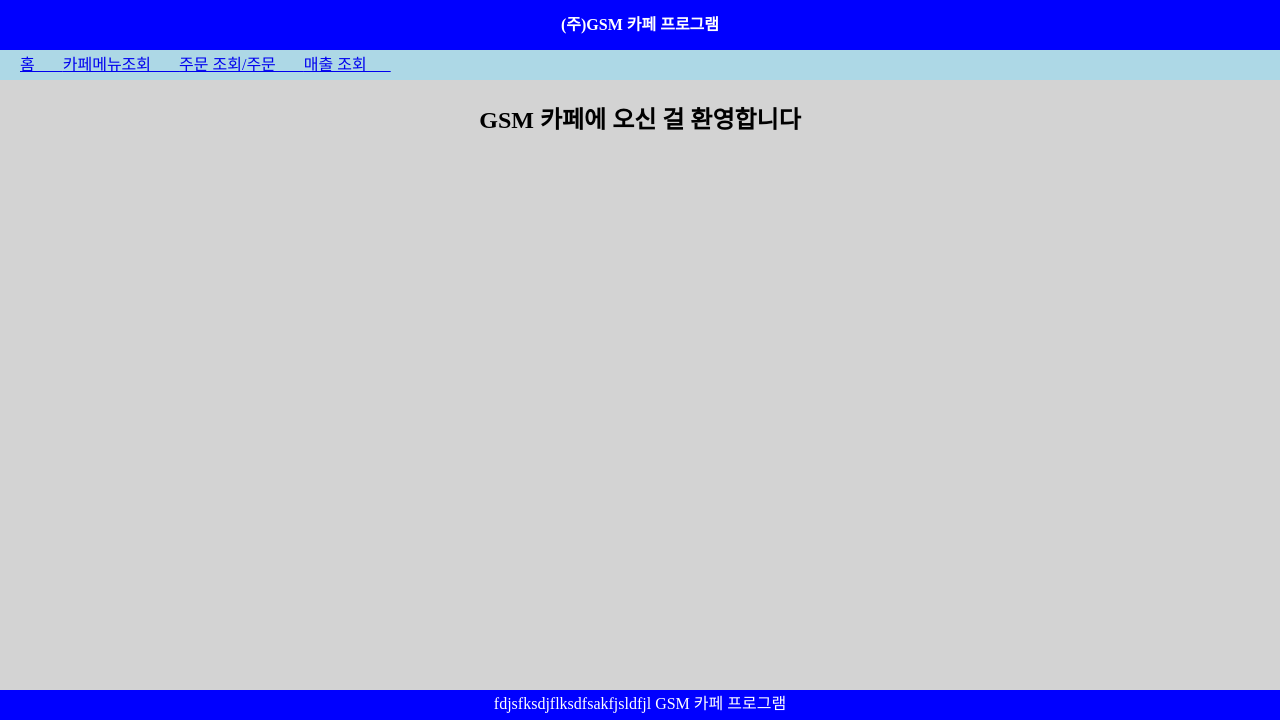
Repository: jiye-stingray/JSP
Page: http://localhost/Cafe/menulist.jsp
An editor plug-in stored every save of this project. The page is shown before and after the next save, followed by the edit.
The browser window is 1280 px wide. The pictures show the whole page.
The page is served by Tomcat 9. Other server files are loaded and not shown.

Above is the page before, as saved 2022-09-22 12:02:28.

### WithMIRA/Cafe/src/main/webapp/menulist.jsp
<%@ page language="java" contentType="text/html; charset=UTF-8"
    pageEncoding="UTF-8"%>
<!DOCTYPE html>
<html>
<head>
<meta charset="UTF-8">
<title>Insert title here</title>
</head>
<body>
<jsp:include page="header.jsp"></jsp:include>

<section style = "position: fixed; left: 0; width:100%; height: 100%; top:80px; background-color: lightgray" >
<h2 style ="text-align: center;">GSM 카페에 오신 걸 환영합니다</h2>


</section>

<jsp:include page="footer.jsp"></jsp:include>
</body>
</html>

### WithMIRA/Cafe/src/main/webapp/header.jsp
<%@ page language="java" contentType="text/html; charset=UTF-8"
    pageEncoding="UTF-8"%>
<!DOCTYPE html>
<html>
<head>
<meta charset="UTF-8">
<title>Insert title here</title>
</head>
<body>
<header style = "position:fixed; top: 0; left:0; width: 100%; height: 50px; text-align: center;
line-height: 50px; background-color: blue; color: white;">
<b> (주)GSM 카페 프로그램 </b>
</header>

<nav style = "position: fixed; top: 50px; left:0; height: 30px; width: 100%; line-height: 30px; background-color: lightblue;
padding-left: 20px">
<a href="index.jsp"> 홈 &nbsp; &nbsp; &nbsp; </a>
<a href="menulist.jsp"> 카페메뉴조회 &nbsp; &nbsp; &nbsp; </a>
<a href="orderlist.jsp"> 주문 조회/주문 &nbsp; &nbsp; &nbsp; </a>
<a href="sales.jsp"> 매출 조회 &nbsp; &nbsp; &nbsp; </a>

</nav>
</body>
</html>

### WithMIRA/Cafe/src/main/webapp/footer.jsp
<%@ page language="java" contentType="text/html; charset=UTF-8"
    pageEncoding="UTF-8"%>
<!DOCTYPE html>
<html>
<head>
<meta charset="UTF-8">
<title>Insert title here</title>
</head>
<body>

<footer style = "position: fixed; bottom: 0; width:100%; height: 30px; text-align: center; left:0; background-color: blue; color: white;">
fdjsfksdjflksdfsakfjsldfjl GSM 카페 프로그램
</footer>

</body>
</html>

After the next save:
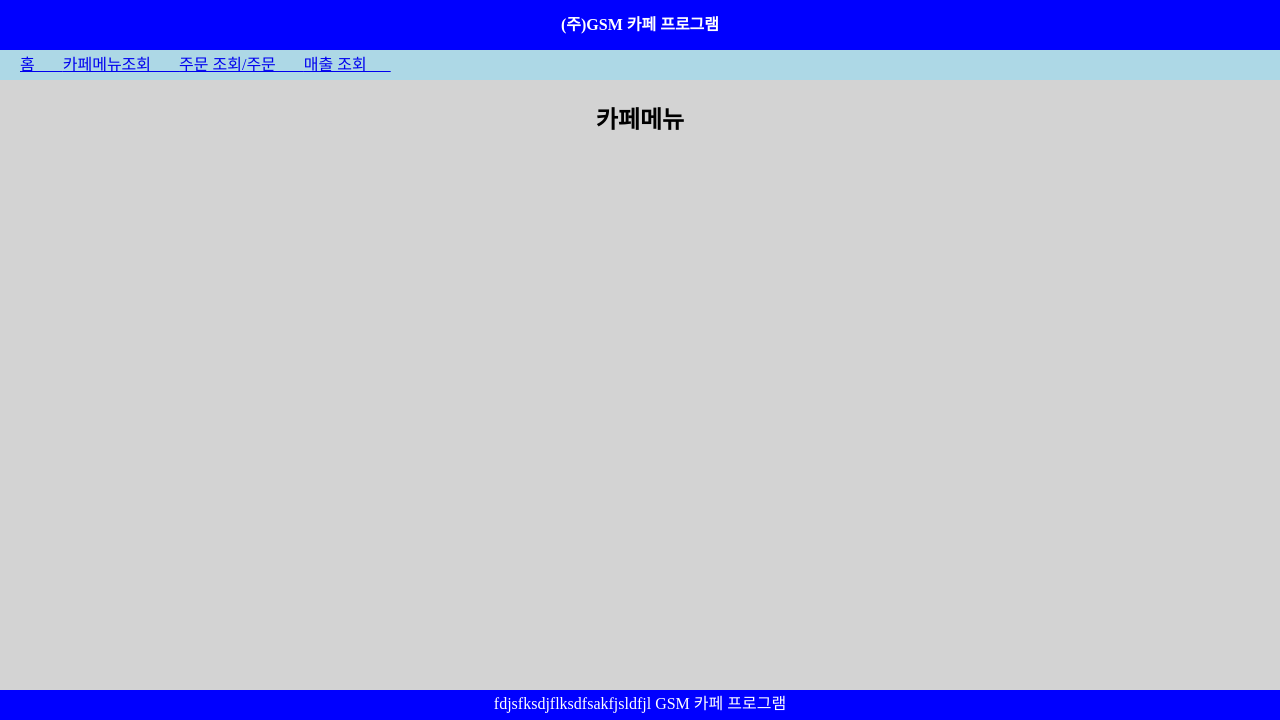
Saved 14 s later.
--- a/WithMIRA/Cafe/src/main/webapp/menulist.jsp
+++ b/WithMIRA/Cafe/src/main/webapp/menulist.jsp
@@ -10,7 +10,7 @@
 <jsp:include page="header.jsp"></jsp:include>
 
 <section style = "position: fixed; left: 0; width:100%; height: 100%; top:80px; background-color: lightgray" >
-<h2 style ="text-align: center;">GSM 카페에 오신 걸 환영합니다</h2>
+<h2 style ="text-align: center;">카페메뉴</h2>
 
 
 </section>
